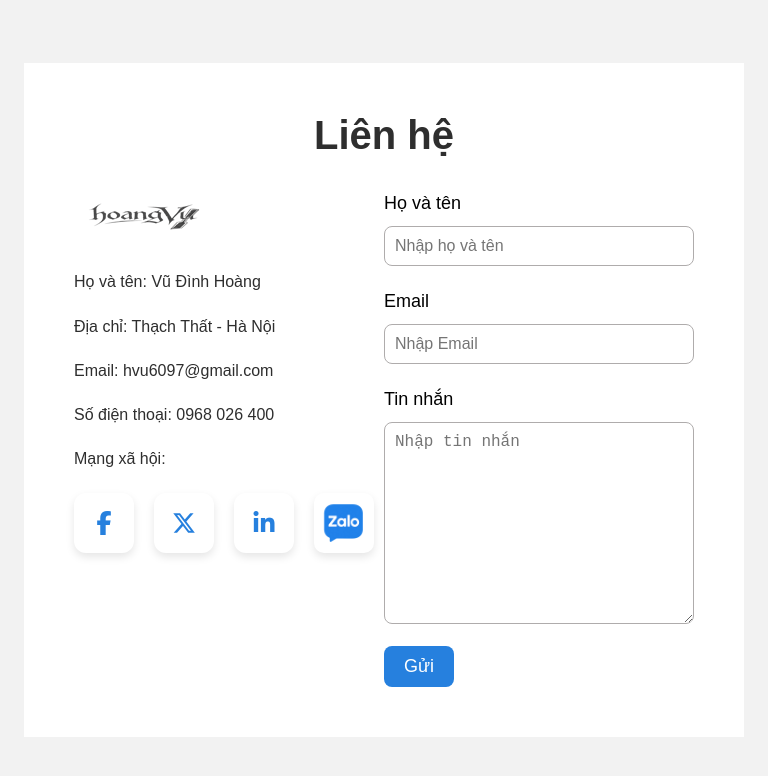
Repository: hoang28092000/portfolio
Page: pages/contact.html
An editor plug-in stored every save of this project. The page is shown before and after a run of saves, followed by the edit.
The browser window is 768 px wide. The pictures show the whole page.

Above is the page before, as saved 2025-04-12 01:05:21.

### pages/contact.html
<!DOCTYPE html>
<html lang="en">
  <head>
    <meta charset="UTF-8" />
    <meta name="viewport" content="width=device-width, initial-scale=1.0" />
    <link
      rel="stylesheet"
      href="https://cdnjs.cloudflare.com/ajax/libs/font-awesome/6.7.2/css/all.min.css"
      integrity="sha512-Evv84Mr4kqVGRNSgIGL/F/aIDqQb7xQ2vcrdIwxfjThSH8CSR7PBEakCr51Ck+w+/U6swU2Im1vVX0SVk9ABhg=="
      crossorigin="anonymous"
      referrerpolicy="no-referrer"
    />
    <link rel="stylesheet" href="../css/pages.css" />
    <link rel="stylesheet" href="../css/responsive-pages.css" />
    <title>Liên hệ</title>
  </head>
  <body>
    <main id="main-contact">
      <div class="container">
       <div class="contact">
        <h2 class="title-heading title-contact">Liên hệ</h2>
        <div class="content-contact">
          <div class="contact-left">
            <div class="logo-contact">
              <img
                src="../asset/image/hoangVu_logo.png"
                alt="logo"
                class="img-logo-contact"
              />
            </div>
            <div class="info-contact">
              <p class="txt-contact">Họ và tên: Vũ Đình Hoàng</p>
              <p class="txt-contact">Địa chỉ: Thạch Thất - Hà Nội</p>
              <p class="txt-contact">Email: hvu6097@gmail.com</p>
              <p class="txt-contact">Số điện thoại: 0968 026 400</p>
            </div>
            <p class="txt-contact">Mạng xã hội:</p>
            <div class="social-contact">
              <a
                href="https://www.facebook.com/profile.php?id=100008725181742"
                target="_blank"
                ><i class="fa-brands fa-facebook-f icon-contact"></i
              ></a>
              <a href="https://x.com/kinsman2809" target="_blank"
                ><i class="fa-brands fa-x-twitter icon-contact"></i
              ></a>
              <a
                href="https://www.linkedin.com/in/ho%C3%A0ng-v%C5%A9-0b4891179/"
                target="_blank"
                ><i class="fa-brands fa-linkedin-in icon-contact"></i
              ></a>
              <a href="https://zalo.me/0968026400" target="_blank">
                <img src="../asset/image/icon-zalo.png" alt="zalo" class="img-social">
              </a>
            </div>
          </div>
          <div class="contact-right">
            <form action="" class="form-contact">
              <div class="input-contact">
                <label for="name" class="label-contact">Họ và tên</label>
                <input type="text" id="name" placeholder="Nhập họ và tên" class="input-field" required />
              </div>
              <div class="input-contact">
                <label for="email" class="label-contact">Email</label>
                <input type="email" id="email" placeholder="Nhập Email" class="input-field" required />
              </div>
              <div class="input-contact">
                <label for="message" class="label-contact">Tin nhắn</label>
                <textarea
                  name="message"
                  id="message" placeholder="Nhập tin nhắn"
                  cols="30"
                  rows="10"
                  class="input-field"
                  required
                ></textarea>
              </div>
              <button type="submit" class="btn-submit">Gửi</button>
            </form>
          </div>
        </div>
       </div>
      </div>
    </main>
  </body>
</html>

### css/pages.css
* {
  padding: 0;
  margin: 0;
  box-sizing: border-box;
}
html {
  font-family: Poppins, sans-serif;
  font-size: 62.5%;
}

.container {
  width: 1170px;
  max-width: calc(100% - 48px);
  margin: 0 auto;
}

/* main */

#about,
#skills {
  background-color: #f2f2f2;
}
.top-content-about {
  padding: 60px 0;
  display: flex;
  justify-content: space-between;
  align-items: center;
}
.about-left {
  width: 40%;
}
.img-about {
  width: 100%;
  border: 6px solid #7a7575;
  border-radius: 50%;
}
.about-right {
  max-width: 702px;
  height: 362px;
  margin-left: 120px;
  padding-right: 60px;
}
.title-heading {
  font-size: 6rem;
  color: #2e2e2e;
  font-weight: 700;
  margin-bottom: 30px;
}
.about-right .desc-about {
  font-size: 1.6rem;
  color: #6b6565;
  font-weight: 500;
  line-height: 1.76;
  margin-top: 20px;
  text-align: justify;
}
.content-main {
  display: grid;
  grid-template-columns: 1fr 1fr;
  gap: 80px;
  padding-top: 70px;
}
.paragraph {
  margin-bottom: 20px;
}
.heading-main {
  font-size: 2rem;
  color: #2e2e2e;
  margin-bottom: 10px;
  line-height: 1.66;
}
.desc-content-main {
  font-size: 1.6rem;
  color: #2e2e2e;
  font-weight: 300;
  line-height: 1.76;
  text-align: justify;
}
.list-img-about {
  display: flex;
  justify-content: center;
  align-items: center;
  margin-top: 30px;
  gap: 20px;
  padding-bottom: 30px;
}
.list-img-about img {
  width: 200px;
  height: 200px;
  border-radius: 10px;
  border: 1px solid #2e2e2e;
  transition: all 0.3s ease-in-out;
}
.list-img-about img:hover {
  transform: scale(1.1);
  border: 2px solid #fff;
}

/* skills */
.title-skills {
  padding-top: 60px;
  text-align: center;
}
#skills ul {
    padding-left: 18px;
}

.my-project{
    margin-top: 70px;
}
.list-project{
    display: grid;
    grid-template-columns: repeat(auto-fit, minmax(300px, 1fr));
    gap: 30px;
    margin-top: 60px;
}
.list-project a{
    text-decoration: none;
    color: #2e2e2e;
}
.card-project{
    position: relative;
    background-color: #fff;
    border-radius: 10px;
    box-shadow: 0 4px 8px rgba(0, 0, 0, 0.1);
    overflow: hidden;
    transition: all 0.3s ease-in-out;
    cursor: pointer;
}
.card-project:hover{
    transform: scale(1.05);
    box-shadow: 0 8px 16px rgba(0, 0, 0, 0.2);
}
.card-project::after {
    display: flex;
    justify-content: center;
    align-items: center;
    font-weight: 600;
    color: #fff;
    content: 'Xem Thêm Demo';
    font-size: 3rem;
    position: absolute;
    top: 0; left: 0;
    width: 100%; height: 100%;
    background: #16161633; /* màu đen mờ */
    opacity: 0;
    transition: opacity 0.3s ease;
    pointer-events: none; /* để không cản trở click hay hover */
    z-index: 1;
  }
  .card-project:hover::after {
    opacity: 1;
  }

.card-project img{
    width: 100%;
    height: 200px;
    object-fit: cover;
}

.info-card{
    padding: 30px 20px 20px;
    text-align: center;

}
.heading-card{
    font-size: 2rem;
    color: #2e2e2e;
    margin-bottom: 10px;
}
.desc-card{
    font-size: 1.6rem;
    color: #2e2e2e;
    font-weight: 300;
    line-height: 1.76;
}
.desc-card span {
    font-weight: bold;
}

#main-contact{
    padding: 60px 0;
    background-color: #f2f2f2;
}
#main-contact .title-contact{
    font-size: 4rem;
    text-align: center;
    margin-bottom: 30px;
}

/* contact */
#main-contact{
    display: flex;
    justify-content: center;
    align-items: center;
    width: 100%;
    height: 100vh;
    overflow: hidden;
}
.contact{
    background-color: #fff;
    padding: 50px;
}
.contact .content-contact{
    display: flex;
    justify-content: space-between;
}

.contact-left {
    width: 50%;
}
.logo-contact{
    display: flex;
    align-items: center;
    margin-bottom: 20px;
}
.img-logo-contact{
    width: 140px;
    height: 60px;
    padding: 10px;

}

.img-social{
    width: 60px;
    height: 60px;
    border-radius: 10px;
    box-shadow: 0 4px 8px rgba(0, 0, 0, 0.1);

}
.img-social:hover,
.icon-contact:hover{
    transform: scale(1.1);
    box-shadow: 0 8px 16px rgba(0, 0, 0, 0.2);
}
.social-contact{
    display: flex;
    align-items: center;
    height: 60px;
    gap: 20px;
    margin-top: 20px;
}
.social-contact a{
    width: 60px;
    height: 60px;
    display: block;
    text-decoration: none;
    color: #2e2e2e;
}
.contact-right {
    width: 50%;
}
.icon-contact{
    width: 60px;
    height: 60px;
    display: flex;
    justify-content: center;
    align-items: center;
    font-size: 2.6rem;
    box-shadow: 0 4px 8px rgba(0, 0, 0, 0.1);
    border-radius: 12px;
    color: #2680de;
}

.txt-contact{
    font-size: 1.8rem;
    color: #2e2e2e;
    margin-bottom: 12px;
    line-height: 1.76;
}
.input-contact{
    margin-bottom: 20px;
}

.label-contact{
    display: block;
    font-size: 1.8rem;
    color: #000000;
    line-height: 1.76;
    font-weight: 500;
    margin-bottom: 6px;
}
.input-contact input{
    width: 100%;
    padding: 10px;
    border-radius: 8px;
    border: 1px solid #afacac;
    font-size: 1.6rem;
    color: #2e2e2e;
    outline: none;
}
.input-contact textarea{
    width: 100%;
    padding: 10px;
    border-radius: 8px;
    border: 1px solid #afacac;
    font-size: 1.6rem;
    color: #2e2e2e;
    outline: none;
}

.btn-submit{
    background-color: #2680de;
    color: #fff;
    padding: 10px 20px;
    border-radius: 8px;
    border: none;
    font-size: 1.8rem;
    cursor: pointer;
    transition: all 0.3s ease-in-out;
}
.btn-submit:hover{
    background-color: #1a5bb8;
}

### css/responsive-pages.css
/* bout-me */
@media (min-width: 1024.02px) and (max-width: 1169.98px) {
  .top-content-about {
    display: flex;
    flex-direction: column;
    align-items: center;
    padding-bottom: 40px;
  }
  .list-img-about {
    display: flex;
    flex-wrap: wrap;
    justify-content: center;
    align-items: start;
    gap: 30px;
  }
  .list-img-about img {
    max-width: 200px;
    display: block;
    border: 1px solid #2e2e2e;
  }
  .about-left {
    width: 60%;
    margin-bottom: 30px;
  }
  .about-right {
    width: 100%;
    margin-left: 0;
    padding-right: 0;
  }
  .title-heading {
    font-size: 6rem;
    text-align: center;
    margin-bottom: 16px;
  }
  .about-right .desc-about {
    font-size: 1.8rem;
    margin-bottom: 20px;
  }

  /* contact */

  }
}
@media (max-width: 1024px) {
  .list-img-about {
    display: grid;
    grid-template-columns: 1fr 1fr 1fr;
    gap: 20px;
    flex-wrap: wrap;
    padding-bottom: 30px;
    align-items: start;
  }
  .about-left {
    width: 40%;
  }
  .about-right {
    width: 60%;
  }
  .img-about {
    width: 100%;
    height: auto;
    border-radius: 50%;
    border: 1px solid #2e2e2e;
  }
  .list-img-about img {
    display: block;
    width: 100%;
    height: auto;
    border: 1px solid #2e2e2e;
  }

}
@media (min-width: 768px) and (max-width: 1023.98px) {
  .about-right {
    width: 60%;
    height: auto;
  }
}
@media (max-width: 768px) {
  .top-content-about {
    display: flex;
    flex-direction: column;
    align-items: center;
    padding-bottom: 40px;
  }
  .about-left {
    margin-bottom: 30px;
  }
  .paragraph {
    text-align: justify;
  }
  .about-right {
    width: 100%;
    margin-left: 0;
    padding-right: 0;
  }
  .title-heading {
    font-size: 5rem;
    text-align: center;
    margin-bottom: 16px;
  }
  .about-right .desc-about {
    font-size: 1.6rem;
    margin-bottom: 20px;
    text-align: justify;
  }

  .list-img-about {
    display: grid;
    grid-template-columns: 1fr 1fr;
  }
  .list-img-about img {
    width: 100%;
    height: auto;
    border: 1px solid #2e2e2e;
  }
  .txt-contact{
    font-size: 1.6rem;
    margin-bottom: 16px;
  }
  .icon-contact{
    font-size: 2.4rem;
    margin-right: 10px;
  }
}
@media (max-width: 480px) {
  .top-content-about {
    display: flex;
    flex-direction: column;
    align-items: center;
    padding-bottom: 40px;
  }
  .about-left {
    width: 60%;
    margin-bottom: 30px;
  }
  .list-img-about {
    display: grid;
    grid-template-columns: 1fr 1fr;
    gap: 10px;
    padding-bottom: 0;
  }
  .about-right {
    width: 100%;
    margin-left: 0;
    padding-right: 0;
  }
  .title-heading {
    font-size: 4rem;
    text-align: center;
    margin-bottom: 16px;
  }
  .about-right .desc-about {
    font-size: 1.6rem;
    margin-bottom: 20px;
  }
  .content-main {
    grid-template-columns: 1fr;
  }
  .paragraph {
    margin-bottom: 14px;
  }
  .paragraph .heading-main {
    font-size: 1.8rem;
    margin-bottom: 10px;
  }
  .list-img-about img {
    width: 100%;
    height: auto;
    border: 1px solid #2e2e2e;
  }
}

After the next 2 saves:
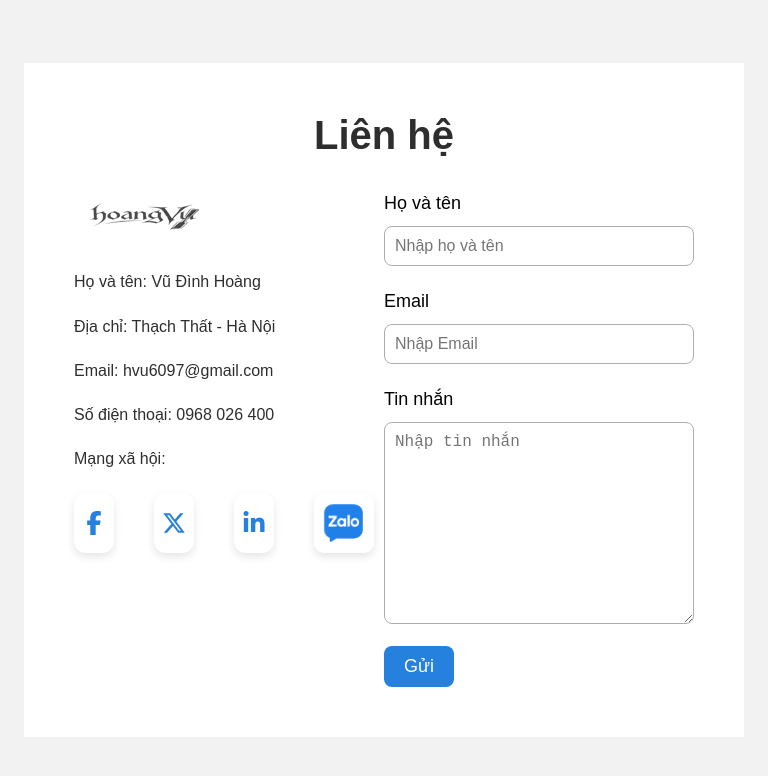
The 2 saves are shown as one change because they came seconds apart.
The last was saved 7 s later.
--- a/css/responsive-pages.css
+++ b/css/responsive-pages.css
@@ -119,6 +119,7 @@
     margin-bottom: 16px;
   }
   .icon-contact{
+    width: 40px;
     font-size: 2.4rem;
     margin-right: 10px;
   }
